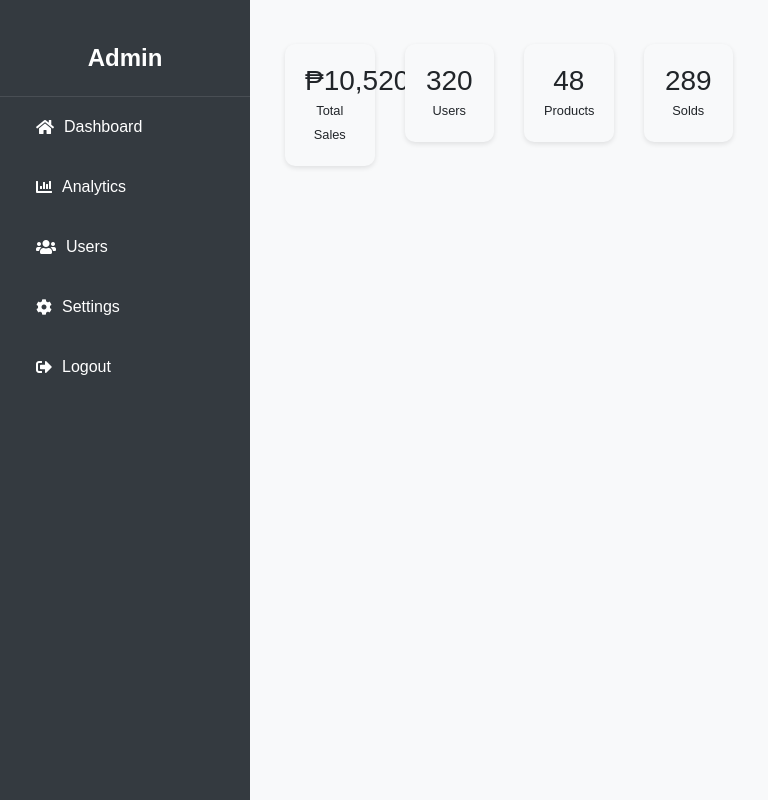
Repository: Darkrepo23/Ecommerce-Manalastas-project
Page: admin/dashboard.html
These files come from the project's save history. The page is drawn as it stood at one moment and after the next save; the edit follows.
The browser window is 768 px wide. The pictures show the whole page.
Some web libraries are served in a nearby version.

Above is the page before, as saved 2026-01-06 09:05:38.

### admin/dashboard.html
<!DOCTYPE html>
<html lang="en">

<head>
    <meta charset="UTF-8">
    <meta name="viewport" content="width=device-width, initial-scale=1.0">
    <title>Modern Sidebar</title>
    <link rel="stylesheet" href="https://stackpath.bootstrapcdn.com/bootstrap/4.5.2/css/bootstrap.min.css">
    <link rel="stylesheet" href="https://cdnjs.cloudflare.com/ajax/libs/font-awesome/5.15.4/css/all.min.css">
    <style>
        body {
            font-family: 'Arial', sans-serif;
            background-color: #f8f9fa;
        }

        .sidebar {
            height: 100vh;
            width: 250px;
            position: fixed;
            top: 0;
            left: 0;
            background-color: #343a40;
            padding-top: 20px;
            color: white;
        }

        .sidebar .logo {
            padding: 20px;
            text-align: center;
            font-size: 1.5em;
            font-weight: bold;
            border-bottom: 1px solid rgba(255, 255, 255, 0.1);
        }

        .sidebar .nav-item {
            padding: 10px 20px;
            transition: background-color 0.3s ease;
        }

        .sidebar .nav-item:hover {
            background-color: rgba(255, 255, 255, 0.1);
            cursor: pointer;
        }

        .sidebar .nav-link {
            color: white;
            text-decoration: none;
            display: flex;
            align-items: center;
        }

        .sidebar .nav-link i {
            margin-right: 10px;
        }

        .content {
            margin-left: 250px;
            padding: 20px;
        }


        .stat-card {
            padding: 20px;
            border-radius: 10px;
            background: #f8f9fa;
            text-align: center;
            box-shadow: 0 2px 5px rgba(0, 0, 0, 0.1);
        }

        .stat-card:hover {
            transform: translateY(-3px);
        }

        .stat-value {
            font-size: 1.8rem;
            font-weight: bold;
        }

        .stat-title {
            font-size: .9rem;
            color: #777;
            margin-top: 5px;
        }
    </style>
    </style>
</head>

<body>

    <div class="sidebar">
        <div class="logo">
            Admin
        </div>
        <ul class="nav flex-column">
            <li class="nav-item">
                <a class="nav-link" href="#">
                    <i class="fas fa-home"></i>
                    Dashboard
                </a>
            </li>
            <li class="nav-item">
                <a class="nav-link" href="#">
                    <i class="fas fa-chart-bar"></i>
                    Analytics
                </a>
            </li>
            <li class="nav-item">
                <a class="nav-link" href="#">
                    <i class="fas fa-users"></i>
                    Users
                </a>
            </li>
            <li class="nav-item">
                <a class="nav-link" href="#">
                    <i class="fas fa-cog"></i>
                    Settings
                </a>
            </li>
            <li class="nav-item">
                <a class="nav-link" href="#">
                    <i class="fas fa-sign-out-alt"></i>
                    Logout
                </a>
            </li>
        </ul>
    </div>

    <div class="content">
        <div class="container mt-4">
            <div class="row gy-3">

                <!-- Total Sales -->
                <div class="col-12 col-md-3">
                    <div class="stat-card">
                        <h3 class="mb-0">₱10,520</h3>
                        <small>Total Sales</small>
                    </div>
                </div>

                <!-- Users -->
                <div class="col-12 col-md-3">
                    <div class="stat-card">
                        <h3 class="mb-0">320</h3>
                        <small>Users</small>
                    </div>
                </div>

                <!-- Products -->
                <div class="col-12 col-md-3">
                    <div class="stat-card">
                        <h3 class="mb-0">48</h3>
                        <small>Products</small>
                    </div>
                </div>

                <!-- Solds -->
                <div class="col-12 col-md-3">
                    <div class="stat-card">
                        <h3 class="mb-0">289</h3>
                        <small>Solds</small>
                    </div>
                </div>

            </div>
        </div>
    </div>

    <script src="https://code.jquery.com/jquery-3.5.1.slim.min.js"></script>
    <script src="https://cdn.jsdelivr.net/npm/@popperjs/core@2.5.3/dist/umd/popper.min.js"></script>
    <script src="https://stackpath.bootstrapcdn.com/bootstrap/4.5.2/js/bootstrap.min.js"></script>
</body>

</html>

After the next save:
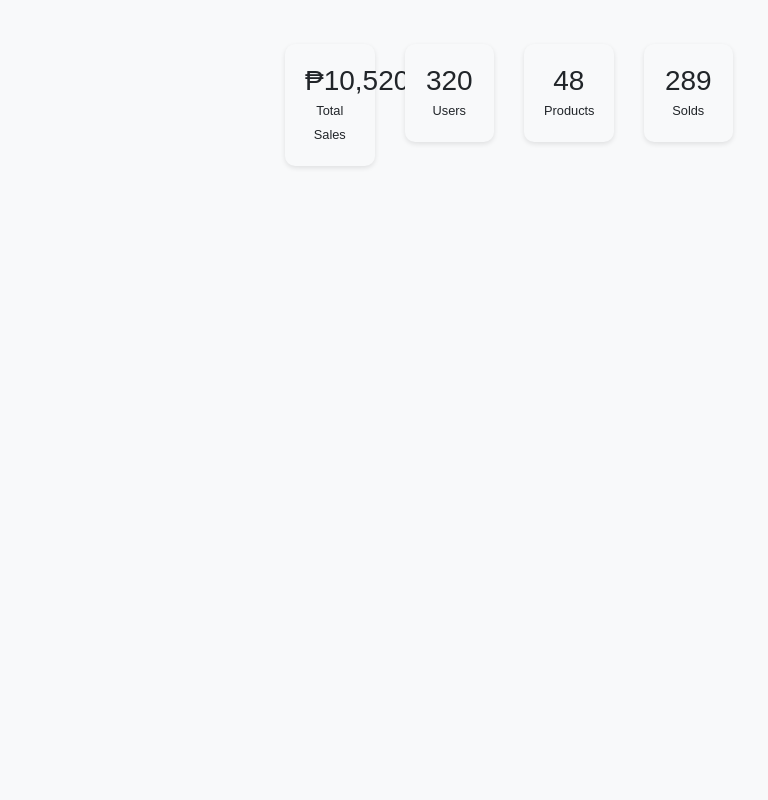
Saved 86 s later.
--- a/admin/dashboard.html
+++ b/admin/dashboard.html
@@ -13,45 +13,53 @@
             background-color: #f8f9fa;
         }
 
+       .sidebar {
+        width: 250px;
+        height: 100vh;
+        background: #343a40;
+        color: #fff;
+        padding: 20px;
+        position: fixed;
+        left: 0;
+        top: 0;
+        transition: transform 0.3s ease;
+    }
+
+    .sidebar .nav-link {
+        color: #ddd;
+        padding: 10px 0;
+        display: flex;
+        align-items: center;
+        gap: 10px;
+    }
+
+    .sidebar .nav-link:hover {
+        color: #fff;
+    }
+
+    /* Hide sidebar on mobile */
+    @media (max-width: 768px) {
         .sidebar {
-            height: 100vh;
-            width: 250px;
-            position: fixed;
-            top: 0;
-            left: 0;
-            background-color: #343a40;
-            padding-top: 20px;
-            color: white;
+            transform: translateX(-100%);
+        }
+        .sidebar.active {
+            transform: translateX(0);
         }
 
-        .sidebar .logo {
-            padding: 20px;
-            text-align: center;
-            font-size: 1.5em;
-            font-weight: bold;
-            border-bottom: 1px solid rgba(255, 255, 255, 0.1);
+        .hamburger {
+            display: block;
         }
+    }
 
-        .sidebar .nav-item {
-            padding: 10px 20px;
-            transition: background-color 0.3s ease;
-        }
-
-        .sidebar .nav-item:hover {
-            background-color: rgba(255, 255, 255, 0.1);
-            cursor: pointer;
-        }
-
-        .sidebar .nav-link {
-            color: white;
-            text-decoration: none;
-            display: flex;
-            align-items: center;
-        }
-
-        .sidebar .nav-link i {
-            margin-right: 10px;
-        }
+    /* Hamburger button */
+    .hamburger {
+        font-size: 25px;
+        margin: 15px;
+        cursor: pointer;
+        display: none; /* desktop hidden */
+        position: fixed;
+        z-index: 999;
+    }
 
         .content {
             margin-left: 250px;
